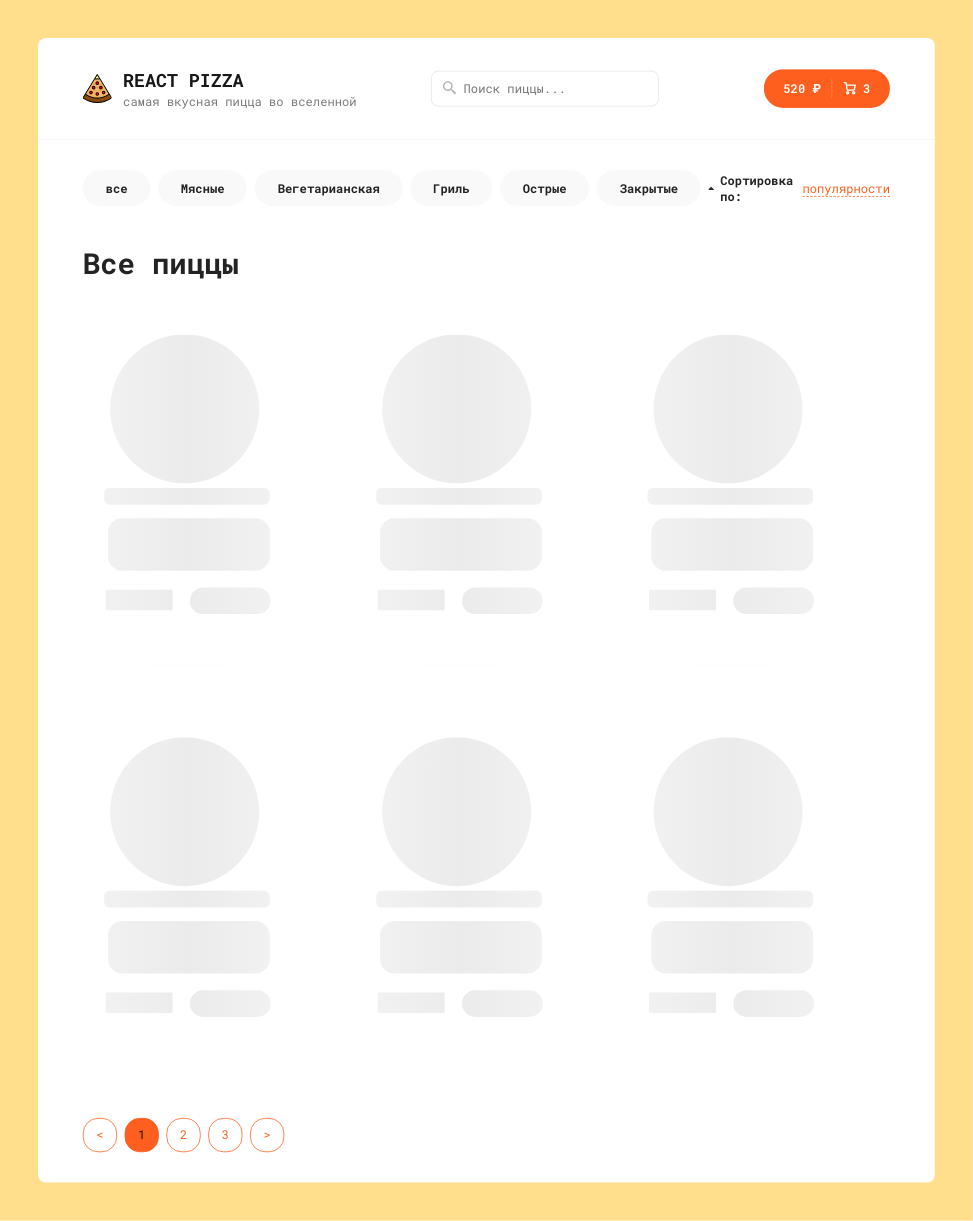
Repository: TI-IT/react-pizza2
Page: /
An editor plug-in stored every save of this project. The page is shown before and after the next save, followed by the edit.
The browser window is 1280 px wide. The pictures show the whole page, at 76% of full size.
The page's requests for data from a server got no answer. The project was rebuilt for these pictures with package versions that can differ from the ones it lists, and the page was loaded fresh each time. No one was signed in, and anything a server would have sent is missing. Also part of the build but not shown: src/components/PizzaBlock.jsx, src/pages/Cart.jsx, src/components/NotFoundBlock/NotFounBlock.module.scss, src/components/NotFoundBlock/index.jsx, src/pages/NotFound.tsx.

Above is the page before, as saved 2022-10-17 21:14:49.

After the next save:
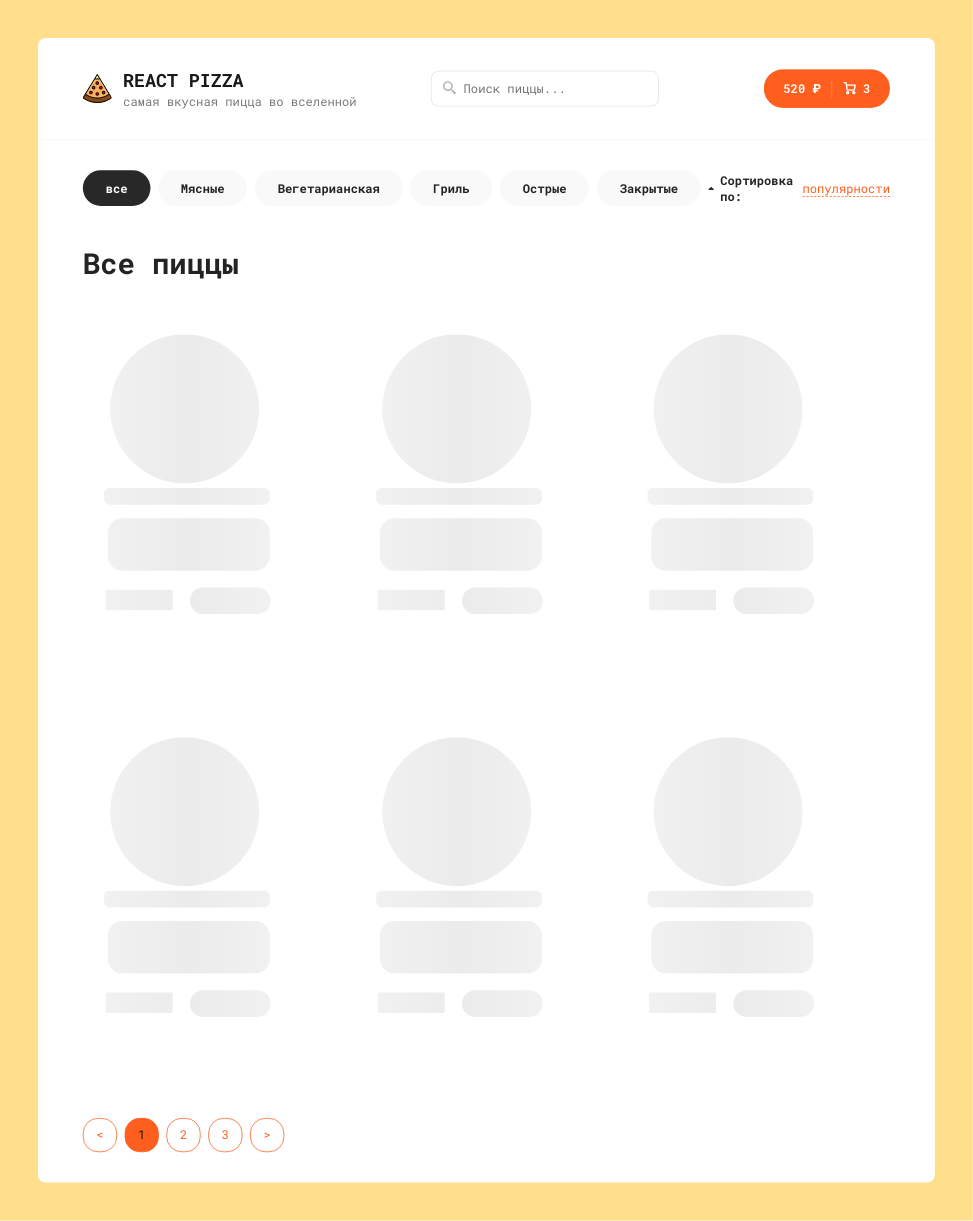
Saved 80 s later.
--- a/src/pages/Home.jsx
+++ b/src/pages/Home.jsx
@@ -9,7 +9,7 @@ import Pagination from '../components/Pagination'
 import { SearchContext } from '../App'
 
 const Home = () => {
-  const categoryId = useSelector(state => state)
+  const categoryId = useSelector(state => state.filter.categoryId)
   console.log('redux-state', categoryId)
 
   const setCategoryId = () => {}
